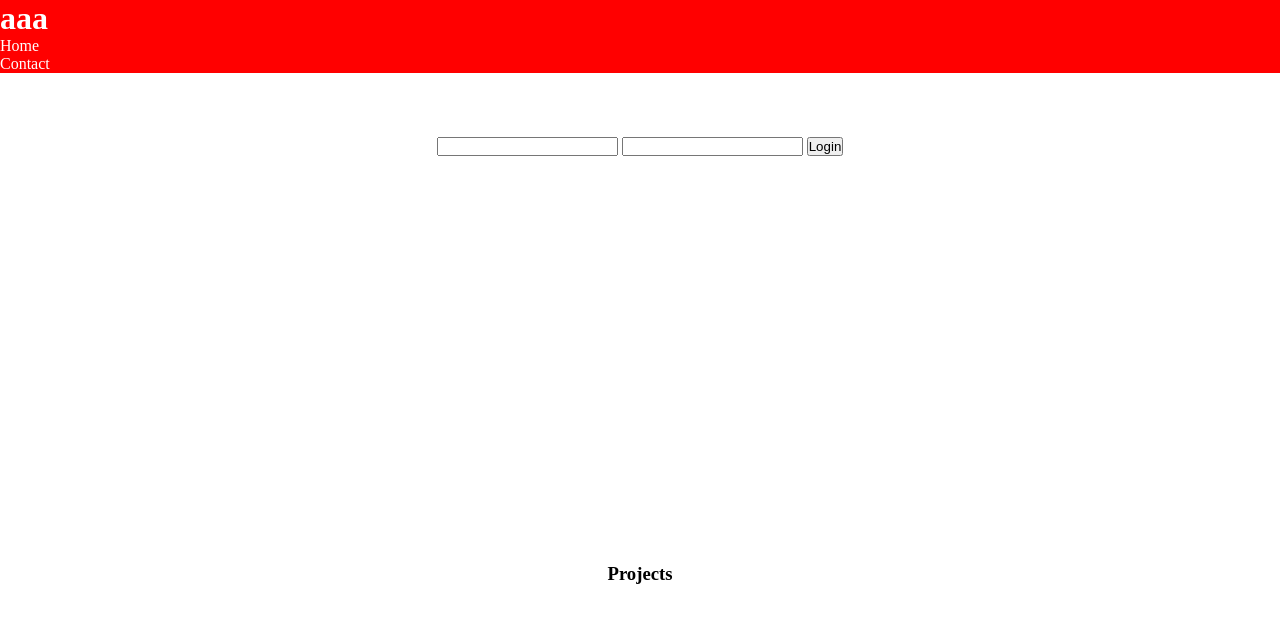
Repository: haakanerol/haakanerol
Page: Js.ass1/index.html
The author's editor kept a copy of each file at every save. The page is drawn from the files as they stood at one save, then again after a run of saves.
The browser window is 1280 px wide. The pictures show the whole page.

Above is the page before, as saved 2024-02-25 15:52:16.

After the next 3 saves:
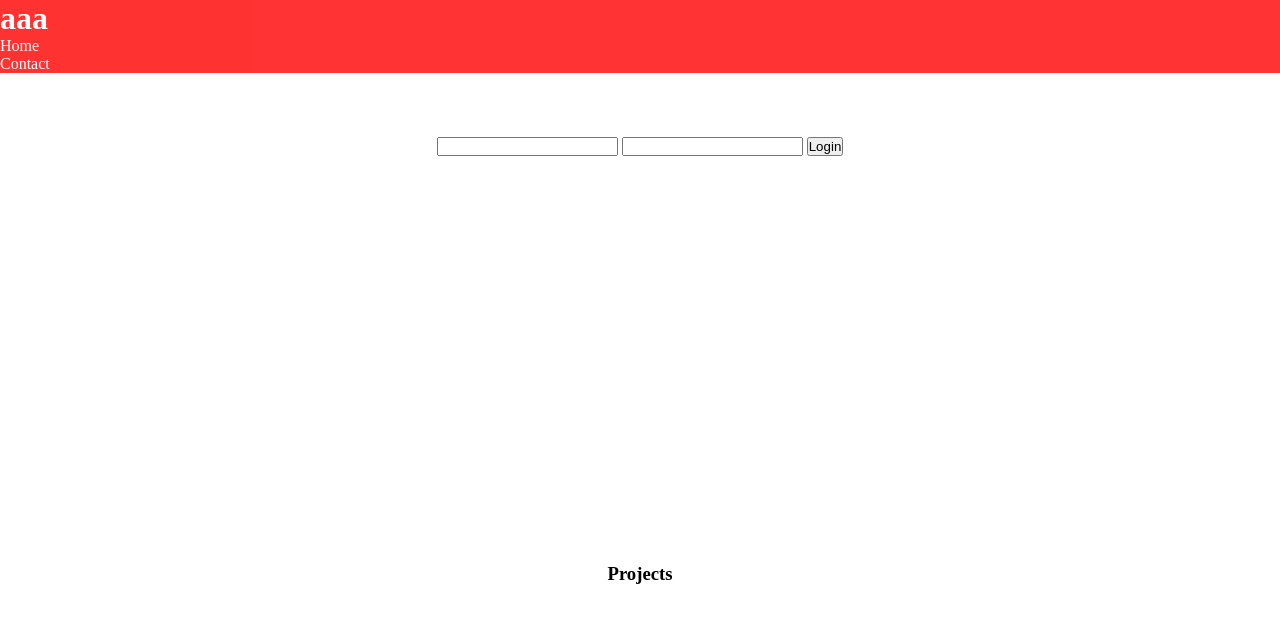
The 3 saves are shown as one change because they came seconds apart.
The last was saved 8 s later.
--- a/Js.ass1/app.js
+++ b/Js.ass1/app.js
@@ -1,5 +1,5 @@
 newHeader = document.querySelector(".header")
 console.log(newHeader);
 newHeader.style.backgroundColor = "red"
-newHeader.style.opacity
+newHeader.style.opacity = "0.8"
 newHeader.style.color = "white"
